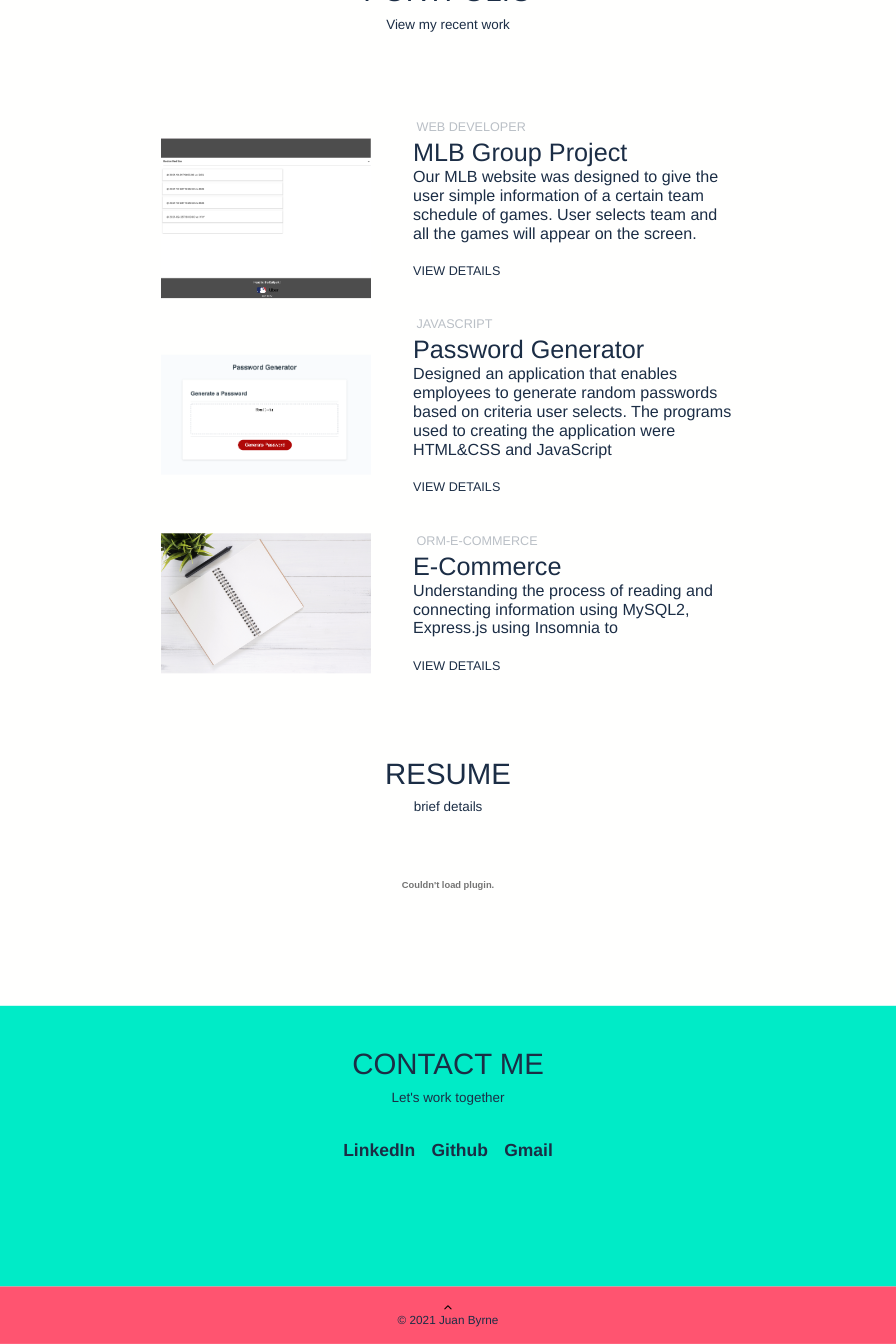
Repository: jb150524/JB-Portfolio
Page: index.html
An editor plug-in stored every save of this project. The page is shown before and after the next save, followed by the edit.
The browser window is 1280 px wide. The pictures show the part of the page from y = 2367 to 4287 px (the page is 4287 px tall before and 4282 px after), at 70% of full size.
Some web libraries are served in a nearby version.

Above is the page before, as saved 2021-09-25 20:07:28.

### index.html
<!DOCTYPE html>
<!-- saved from url=(0053)file:///Users/jja/FullStack_HW/juanwebsite/index.html -->

    <html lang="en"><head><meta http-equiv="Content-Type" content="text/html; charset=UTF-8">

    <meta http-equiv="X-UA-Compatible" content="IE=edge">
    <meta name="viewport" content="width=device-width, initial-scale=1.0">

    <!-- CSS style sheet -->
    <link rel="stylesheet" href="style.css">

    <!-- adding icons  -->
    <script src="https://kit.fontawesome.com/11dfd97c40.js" crossorigin="anonymous"></script>

    <title>Juan's Portfolio</title>
    </head>

    <body>
      <header>
      <nav class="top-nav">
        <ul class="nav-list">
        <li>
        <a href="file:///Users/jja/FullStack_HW/juanwebsite/index.html">Home</a>
        <a href="file:///Users/jja/FullStack_HW/juanwebsite/index.html#about">About</a>
        <a href="file:///Users/jja/FullStack_HW/juanwebsite/index.html#portfolio">Portfolio</a>
        <a href="file:///Users/jja/FullStack_HW/juanwebsite/index.html#resume">Resume</a>
        <a href="file:///Users/jja/FullStack_HW/juanwebsite/index.html#contact">Contact</a>
        </li>
        </ul>
      </nav>

    <div class="main">
      <div class="landing-text">
        <h1>JuanByrne</h1>
        <h6>Graphic Designer and Full Stack Web Developer</h6>
      </div>
    </div>
    </header>

    <section class="about" id="about">
      <div class="container">
          <a class="about-details">
        <div class="about-heading">
          <h1>About</h1>
          <h6>Myself</h6>
        </div>
          <p>
          I'm a Graphic Designer trying to become a full stack developer. I am from Guadalajara, Mexico. I was born in Mexico, but at a young age I moved to the USA. One of my favorite hobbies is playing competative soccer. Playing soccer has taught me perseverance, how to be a team player, and most importantly how to lose. I currently live in Wayne, Pennsylvania, but have previously lived in Guadalajara, Mexico and Orange County, California. I want to become a web developer because I want to learn a skill that motivates me and pushes me to try new things. I am excited about web developing and want a career that gives me a spark, like I get when I play soccer, with competitiveness, passion, and the belief that I can succeed.
          </p>
          </a>
      </div>
    </section>

      <a class="about-details">
        <section class="experience" id="experience">
            <div class="container">
              <div class="section-heading">
                <h1>Experience</h1>
                <h6>What I can do for you</h6>
              </div>
          <div class="my-skills">
          <div class="skills" alt ="">
            <div class="icon-container">
              <i class="fas fa-layer-group"></i>
            </div>
            <h1>Graphic Designer</h1>
            <p>
            I'm a Graphic Designer with two years of experience working in the advertising industry. Possesses a high degree of competence using programs such as Adobe Photoshop, InDesign, Illustrator, and HTML & CSS.
            </p>
          </div>

        <div class="skills">
          <div class="icon-container">
            <i class="fas fa-laptop-code"></i>
          </div>
              <h1>Web Development</h1>
              <p>
              I'm a full stack developer. I have a great understanding in Javascript, bootstrap, jQuery and Node.
              </p>
            </div>
          </div>
        </div>
      </section>
    </a>

      <section class="portfolio" id="portfolio"><a class="about-details"></a>
        <div class="container"><a class="about-details">
          <div class="section-heading">
            <h1>Portfolio</h1>
            <h6>View my recent work</h6>
            </a>
            </div>
          </div>
          <div class="portfolio-item"><a class="about-details">
            <div class="portfolio-img has-margin-right">
              <img src="images/MLB Site.png" alt="">
            </a>
            </div>
              <div class="portfolio-description"><a class="about-details">
              <h6>Web Developer</h6>
              <h1>MLB Group Project</h1>
              <p>
              Our MLB website was designed to give the user simple information of a certain team schedule of games. User selects team and all the games will appear on the screen.
              </p>
              </a>
            <a href="file:///Users/jja/FullStack_HW/juanwebsite/index.html#" class="cta"> View Details</a>
        </div>
      </div>
    <div>

     <div class="portfolio-item">
          <div class="portfolio-img has-margin-right">
            <img src="images/passGenerator.png" alt="">
            </div>
            <div class="portfolio-description">
            <h6>Javascript</h6>
            <h1>Password Generator</h1>
            <p>
            Designed an application that enables employees to generate random passwords based on criteria user selects. The programs used to creating the application were HTML&CSS and JavaScript
            </p>
            <a href="file:///Users/jja/FullStack_HW/juanwebsite/index.html#" class="cta"> View Details</a>
            </div>
        </div>

      <div>
          <div class="portfolio-item">
            <div class="portfolio-img has-margin-right">
              <img src="images/notebook.jpg" alt="">
              </div>
              <div class="portfolio-description">
              <h6>ORM-E-Commerce</h6>
              <h1>E-Commerce</h1>
              <p>
              Understanding the process of reading and connecting information using MySQL2, Express.js using Insomnia to
              </p>
              <a href="file:///Users/jja/FullStack_HW/juanwebsite/index.html#" class="cta"> View Details</a>
            </div>
          </div>
      </div>
    </section>

    <section class="resume" id="resume">
      <div class="container">
        <div class="section-heading">
          <h1>Resume</h1>
          <h6>brief details</h6>
          <embed src="JByrne Resume 2021 FINAL.pdf" type="application/pdf" width="55%" height="100px" />
          <!-- <input type="button" value="Download!"> -->
        </div>
      </div>

    <section class="contact" id="contact">
        <div class="container">
          <div class="section-heading">
          <h1>Contact Me</h1>
          <ul>
          <li>
          <h6>Let's work together</h6>
          <a href="https://www.linkedin.com/in/juan-byrne-43869ab7/">LinkedIn</a>
          <a href="https://github.com/jb150524">Github</a>
          <a href="file:///Users/jja/FullStack_HW/juanwebsite/juan1505@gmail.com">Gmail</a>
          </li>
          </ul>
        </div>
       </div>
    </section>

    <footer class="copyright">
      <div class="up" id="up">
       <i class="fas fa-chevron-up"></i>
      </div>
      <p>© 2021 Juan Byrne</p>
    </footer>
  </section>


</body>
</html

### style.css
/* Start global*/

* {
    margin: 0;
    padding: 0;
    box-sizing: border-box;
}

html {
    font-size: 12px;
    font-family: Helvetica, sans-serif;
    /* color: rgb(255, 255, 255); */
}

body {
    width: 100%;
    height: 100%;
    background-color: #fffffe;
    background-size: cover;
}

section {
    padding: 60px 0;
}

h6 {
    color: #1b2d45;
    margin: 5px;
}

a {
    text-decoration: none;
    color: #1b2d45;
}

p {
   font-size: 23px;
   font-weight: 300;
   color: #1b2d45;
}



img {
    max-width: 100%;
    height: auto;
}

.main {
    padding: 16px;
    margin-top: 30px;
    height: 1500px; /* Used in this example to enable scrolling */
  }

/* Start reusable*/

.container {
    width: 50%;
    max-width: 120rem;
    height: 100%;
    margin: 0 auto;
    position: relative;
}

.container-details p {
    font-size: 200px;
    padding: 35px;
}

.section-heading {
    text-align: center;
    margin-bottom: 10rem;
}

.section-heading h1 {
    font-family: major mono display, Helvetica, sans-serif;
    font-size: 3.5rem;
    color: #1b2d45;
    text-transform: uppercase;
    font-weight: 300;
    position: relative;
    margin-bottom: 1rem;
}

.section-heading h1::before,
.section-heading h1::after {
    content: "";
    position: absolute;
    bottom: -.5rem;
    left: 50%;
    transform: translateX(-59%);
    background: color #fff8e8;
}

.section-heading h1::before {
    width: 10rem;
    height: 3px;
    border-radius: .8rem;
}

.section-heading h1::after {
    height: 1.5rem;
    border-radius: .100%;
    bottom: 1rem;
}

.section-heading h6 {
    font-size: 1.6rem;
    font-weight: 300;
    margin-bottom: 50px;
}

.has-margin-right {
    margin-right: 5rem;
}
/* End reusable*/

/* Start header*/
header {
    width: 100%;
    height: 100vh;
}

.nav-list {
    z-index: 2;
    top: 0;
    background:#00ebc7;
    overflow: hidden;
    font-size: 35px;
    font-family: major mono display;
    margin: 0;
    padding: 20px;
    position: fixed;
    list-style: none;
    width: 100%;
    display: flex;
    justify-content: center;
    align-items: flex-start;
    text-decoration: none;
}

li {
    margin: 0;
    list-style: none;
}

.nav-link {
    font-family: Arial, Helvetica, sans-serif;
    font-size: 15px;
    padding: 5px;
}

.nav-link:hover,
.nav-ink:focus {
    background: linear-gradient(to top, #5725b3, #9e91e9 );
    -webkit-background-clip: text;
    -webkit-text-fill-color: transparent;

}

.landing-text{
    position: absolute;
    top: 50%;
    left: 50%;
    transform: translate(-50%, -50%);
    width: 100%;
    text-align: center;
    z-index: 1;
}

.landing-text h1 {
    font-size: 150px;
    font-family: major mono display, Helvetica, sans-serif, Helvetica, sans-serif;
    background: linear-gradient(to top, #110202, #000000 );
    -webkit-background-clip: text;
    -webkit-text-fill-color: transparent;
    padding: 1rem;
    user-select: none;

}

.landing-text h6 {
    font-size: 2rem;
    font-weight: 300;
}
/* End header*/

.about .container {
    display: flex;
    align-items: center;
    justify-content: center;
}

.about-heading {
    text-align: center;
    text-transform: uppercase;
    line-height: 10px;
    margin-bottom: 6rem;
}

.about-heading h1 {
    font-size: 10rem;
    opacity: .3;
    font-family: major mono display;
}

.about-heading h6 {
    font-size: 2rem;
    font-weight: 300;
}

/* .about-container p {
   font-size: 50px;
} */

.profile-img {
    max-width: 100%;
    display: inline-block;
}

/* Start services*/

.my-skills {
    display: grid;
    /* grid-template-columns: repeat(auto-fit, min max(25rem, 1fr)); */
    grid-gap: 2.5rem;
    text-align: center;
}

.skills p {
    padding: 15px 5px 5px 5px;
    text-align: left;
}

.skills h1 {
    text-transform: uppercase;
    letter-spacing: 2px;
    margin: 2rem -2px 2rem 0;
}

.icon-container {
    width: 10rem;
    height: 10rem;
    border: 2px solid #1b2d45;
    background-color: #00ebc7;
    margin-bottom: 2rem;
    display: inline-block;
}

.icon-container .fas {
    margin: 27px -35px 0px -36px;
}

.icon-container i {
    color:#1b2d45;
    font-size: 5rem;
    margin: auto;
}
/* End services*/

/* Start portfolio*/

.portfolio-item {
    display: flex;
    align-items: end;
    justify-content: center;
    flex-direction: row;
    flex-wrap: wrap;
    align-content: stretch;
    margin-bottom: 50px;

}
.portfolio-img {
    width: 300px;
    height: 200px;
    background-size: 100%;
}

.portfolio-item:last-child {
    margin: 0;
}

.portfolio-description {
    flex: .5;
    color: #1b2d45;

}

.portfolio-description h1 {
    font-size: 3rem;
    font-weight: 300;
    margin: 1px 0;
    display: contents;
}

.portfolio-description h6 {
    font-size: 1.5rem;
    text-transform: uppercase;
    font-weight: 300;
    opacity: 0.3;
}

.portfolio-description .cta {
    display: inline-block;
    margin-top: 2.5rem;
    font-size: 1.5rem;
    text-transform: uppercase;
    color: #1b2d45;
    transition: color 650ms;
}

.portfolio-description .cta:hover {
    color: #2f67cd;
}
/* End portfolio*/


/*Star contact*/

.contact {
    background-color:#00ebc7;
}

.contact a {
    font-weight: bold;
    margin: 10px;
    margin-top: 20px;
    padding: 15px 0;
    text-align: center;
    font-size: 25px;
}

/*End contact*/

/*Star footer*/

.copyright {
    width: 100%;
    text-align: center;
    background-color:#ff5470;
    padding: 2rem 0;
    position: absolute;
    display: block;
}

/* .up {
    position: absolute;
    width: 5rem;
    height: 5rem;
    background-color: burlywood;
    top: -2.5rem;
    right: 5rem;
    border-radius: 100%;
    display: flex;
    animation: pulse 2s infinite;
    cursor: pointer;
}

.up i {
    color: navy;
    font-size: 2rem;
    margin: auto;
} */

.copyright p {
    font-size: 1.4rem;
}
/*End footer*/

/*Start Button animation*/

@keyframes pulse {
    0%{
        box-shadow: 0 0 0 0 rgba(253, 87, 191, 0.99);
    }
    70%{
        box-shadow: 0 0 0 2rem rgba(253, 87, 191, 0);
    }
    100%{
        box-shadow: 0 0 0 0 rgba(253, 87, 191, 0);
    }
}
/*End Button animation*/

/*Start media queries*/

@media screen and (max-width: 768px) {
    body {
        background-color: #fffffe;
        background-size: cover;
    }

    .landing-text h1 {
        font-size: 70px;
    }

    .landing-text h6 {
        font-size: 1.7rem;
    }

    .nav-list {
        font-size: 15px;
    }

    li {
        margin: 2rem 0;
    }

    .nav-ink {
        font-size: 4.5rem;
    }

    .about-heading {
        font-size: 15px;
    }

    .section-heading h1 {
        font-size: 3rem;
    }

    .about-details .nav-list {
        flex-direction: initial;
    }

    .about-details li {
        font-size: 10px;
        margin: 0 2rem;
    }

@media screen and (max-width: 600px) {

    .landing-text h1 {
        font-size: 8rem;
    }

    .landing-text h6 {
        font-size: 1.4rem;
    }

    .nav-link {
        font-size: 3.5rem;
    }

    .profile-img {
        margin-top: 0 0 7rem 0;
    }

    .portfolio-item {
        flex-direction: column;
    }

    .portfolio-img {
        margin: 0 0 2rem 0;
        order: 1;
    }

    .portfolio-description {
        margin: 0;
        order: 2;
    }

    form {
        width: 100%;
    }

    .up {
        right: 2rem;
    }
}
/*End media queries*/

After the next save:
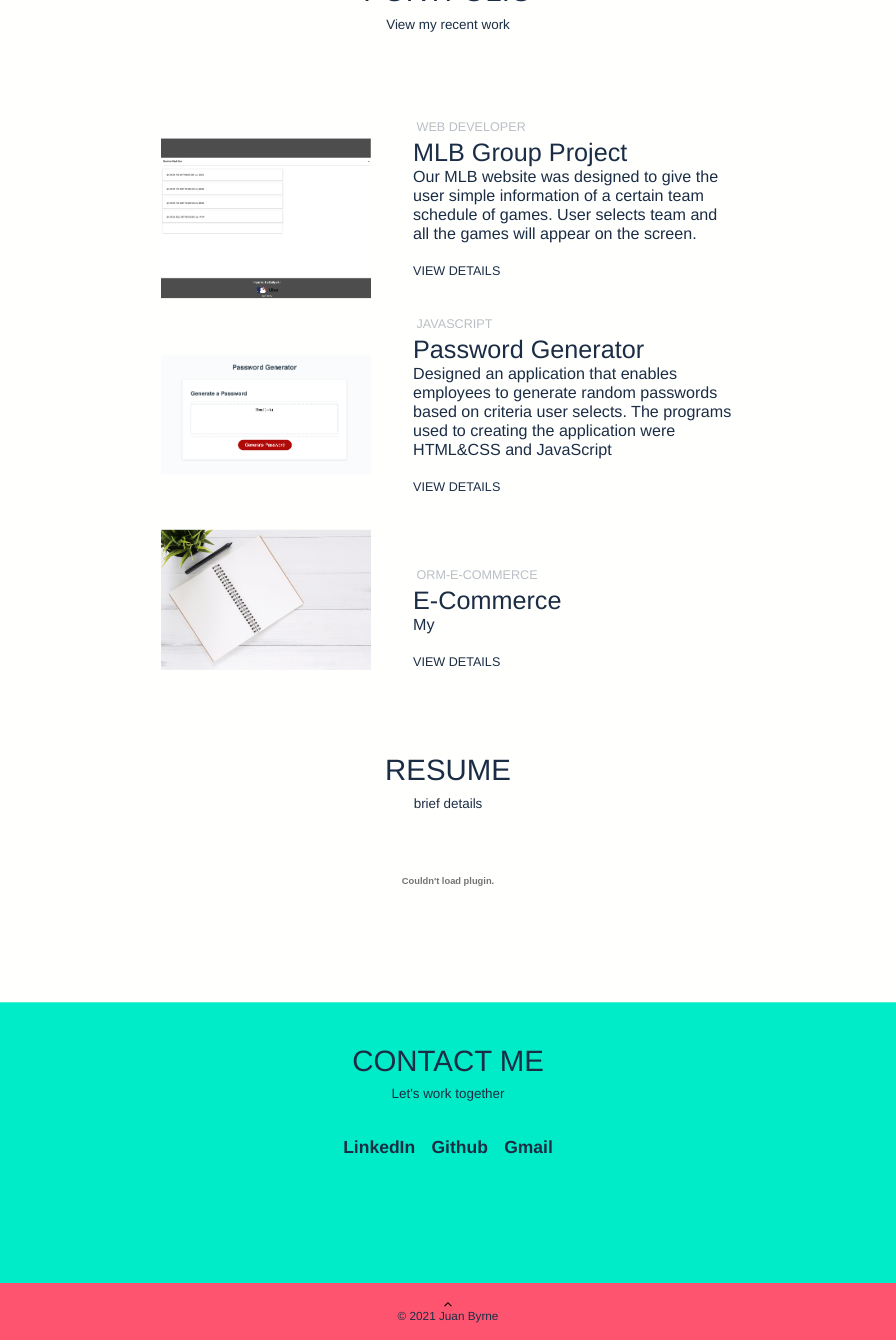
Saved 38 s later.
--- a/index.html
+++ b/index.html
@@ -131,7 +131,7 @@
               <h6>ORM-E-Commerce</h6>
               <h1>E-Commerce</h1>
               <p>
-              Understanding the process of reading and connecting information using MySQL2, Express.js using Insomnia to
+              My
               </p>
               <a href="file:///Users/jja/FullStack_HW/juanwebsite/index.html#" class="cta"> View Details</a>
             </div>
